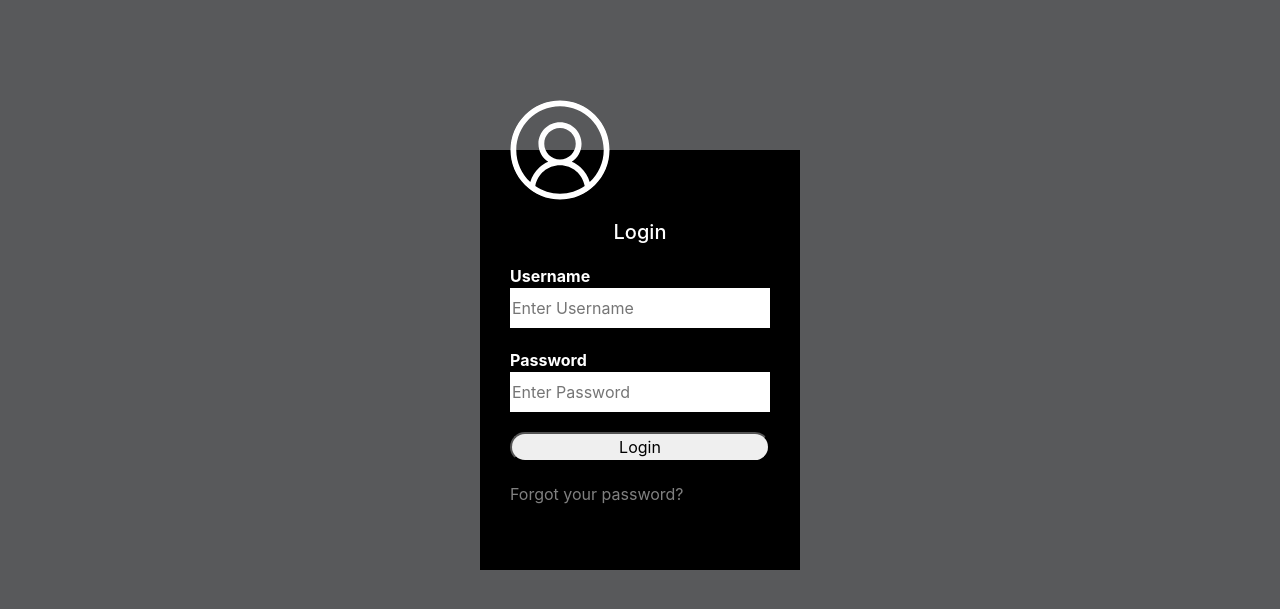
Repository: Lovekr/stylester
Page: stylster_frontend_design/login.html
The author's editor kept a copy of each file at every save. The page is drawn from the files as they stood at one save, then again after the next save.
The browser window is 1280 px wide. The pictures show the whole page.

Above is the page before, as saved 2020-03-09 12:56:22.

### stylster_frontend_design/login.html
<!DOCTYPE html>
<html lang="en">
<head>

    <meta charset="UTF-8">
    <meta name="viewport" content="width=device-width, initial-scale=1.0">
    <link rel="stylesheet" href="https://stackpath.bootstrapcdn.com/bootstrap/4.4.1/css/bootstrap.min.css" >
     <link rel="stylesheet" href="./css/owl.carousel.css">
     <link rel="stylesheet" href="./css//owl.theme.default.min.css">
     <link rel="stylesheet" href="https://cdnjs.cloudflare.com/ajax/libs/font-awesome/4.7.0/css/font-awesome.min.css">
     <link rel="stylesheet" href="./css/login.css">
    <title>STYLSTER</title>
</head>
<body>
     <div class="loginbox">
         <img src="./asset/login icon svg white-01.svg" class="loginicon">
         <h1>Login</h1>
         <form>
             <p>Username</p>
             <input type="text" name="" placeholder="Enter Username">
             <p>Password</p>
             <input type="password" name="" placeholder="Enter Password">
             <input type="submit" name="" value="Login">
             <a href="#">Forgot your password?</a>
         </form>
     </div>










</body>
</html>

### stylster_frontend_design/css/login.css
body {
    margin: 0;
    padding: 0;
    background-color: #58595b;
    background-size: cover;
    background-position: center;
}
.loginbox {
    width: 320px;
    height: 420px;
    background: #000;
    color: #fff;
    position: absolute;
    top:50%;
    left:50%;
    transform: translate(-50%, -50%);
    box-sizing: border-box;
    padding: 70px 30px;
}

.loginicon {
    width: 100px;
    height: 100px;
    border-radius: 50%;
    position: absolute;
    top: -50px;
    left: calc(-50%, 50px);
}
h1 {
    margin:0;
    padding: 0 0 20px;
    text-align: center;
    font-size: 20px;
}
.loginbox p{
    margin: 0;
    padding: 0;
    font-weight: bold;
}
.loginbox input{
    width: 100%;
    margin-bottom: 20px;
}
.loginbox input[type="text"], input[type="password"]
{
    border: none;
    border-bottom: 1px solid #fff;
    background-color: white ;
    outline: none;
    height: 40px;
   color: white;
}
.loginbox input[type="submit"]
{
    border-radius: 20px;
}
.loginbox input[type="submit"]:hover
{
    cursor: pointer;
    background:black;
    color: white;
}
.loginbox a{
    text-decoration: none;
    line-height: 20px;
    color: grey;
}
.loginbox a:hover{
    color: white;
}

Loaded but not shown: stylster_frontend_design/css/owl.carousel.css (library); stylster_frontend_design/css/owl.theme.default.min.css (common file)

After the next save:
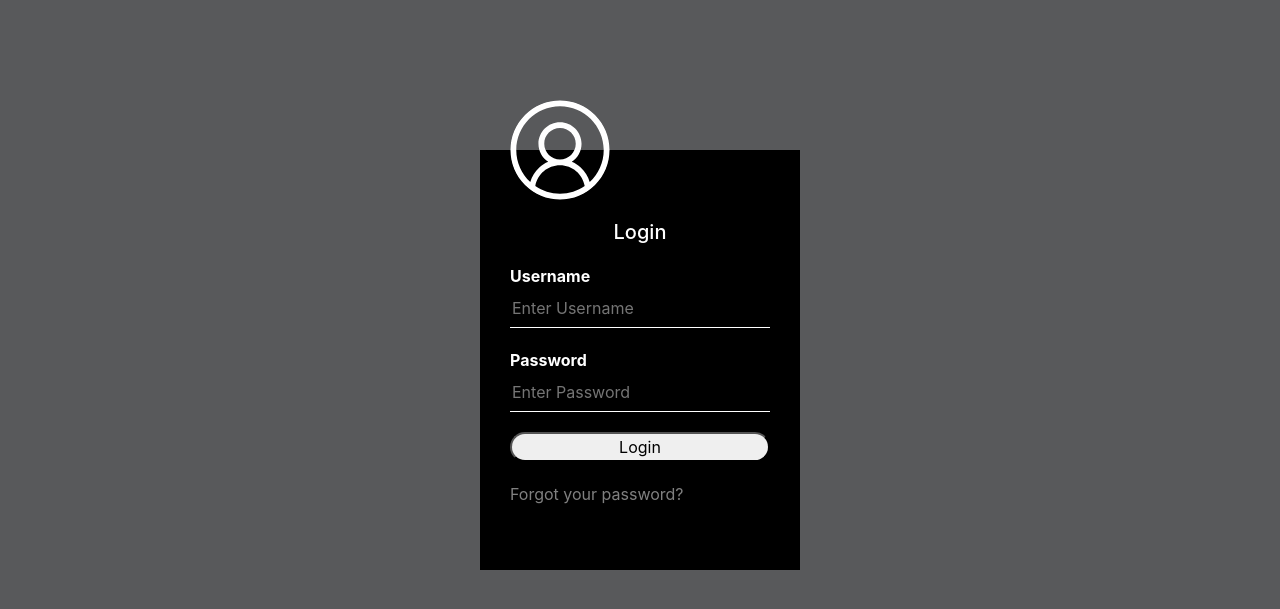
Saved 14 s later.
--- a/stylster_frontend_design/css/login.css
+++ b/stylster_frontend_design/css/login.css
@@ -45,7 +45,7 @@ h1 {
 {
     border: none;
     border-bottom: 1px solid #fff;
-    background-color: white ;
+    background-color: transparent ;
     outline: none;
     height: 40px;
    color: white;
